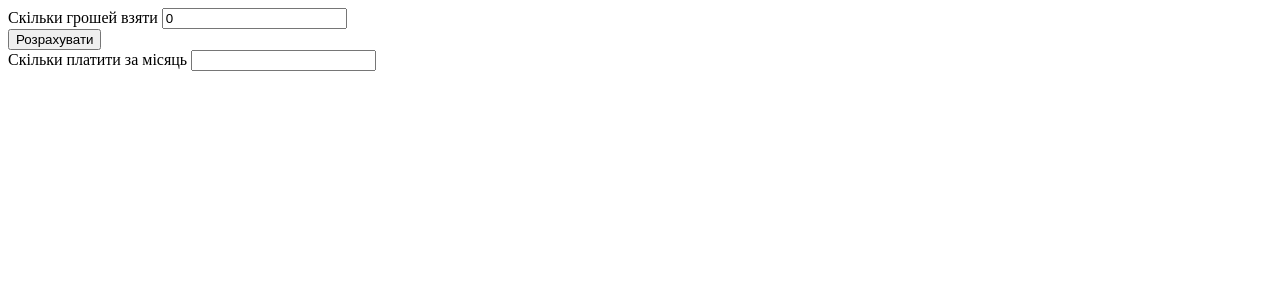
Repository: KYUUBI-K/HTML
Page: За 2 курс/test Vuejs/credit.html
These files come from the project's save history. The page is drawn as it stood at one moment and after the next save; the edit follows.
The browser window is 1280 px wide. The pictures show the whole page.

Above is the page before, as saved 2021-09-03 21:16:53.

After the next save:
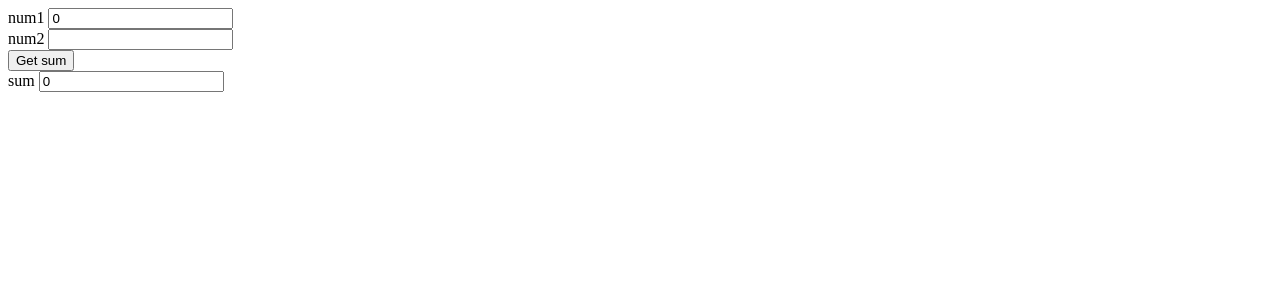
Saved 111 s later.
--- a/За 2 курс/test Vuejs/credit.html
+++ b/За 2 курс/test Vuejs/credit.html
@@ -10,17 +10,22 @@
 <body>
     <div id="app">
         <label>
-            Скільки грошей взяти
+            num1
             <input type="text" v-model.number=how_much>
         </label>
+        <div>
+            <label>
+                num2
+                <input type="text" v-model.number=number2>
+            </label>
         </div>
         <div>
         <button @click="getSum">
-            Розрахувати
+            Get sum
         </button>
         </div>
             <label >
-                Скільки платити за місяць
+                sum
                 <input type="text" :value=sum>
             </label>
         </div>
